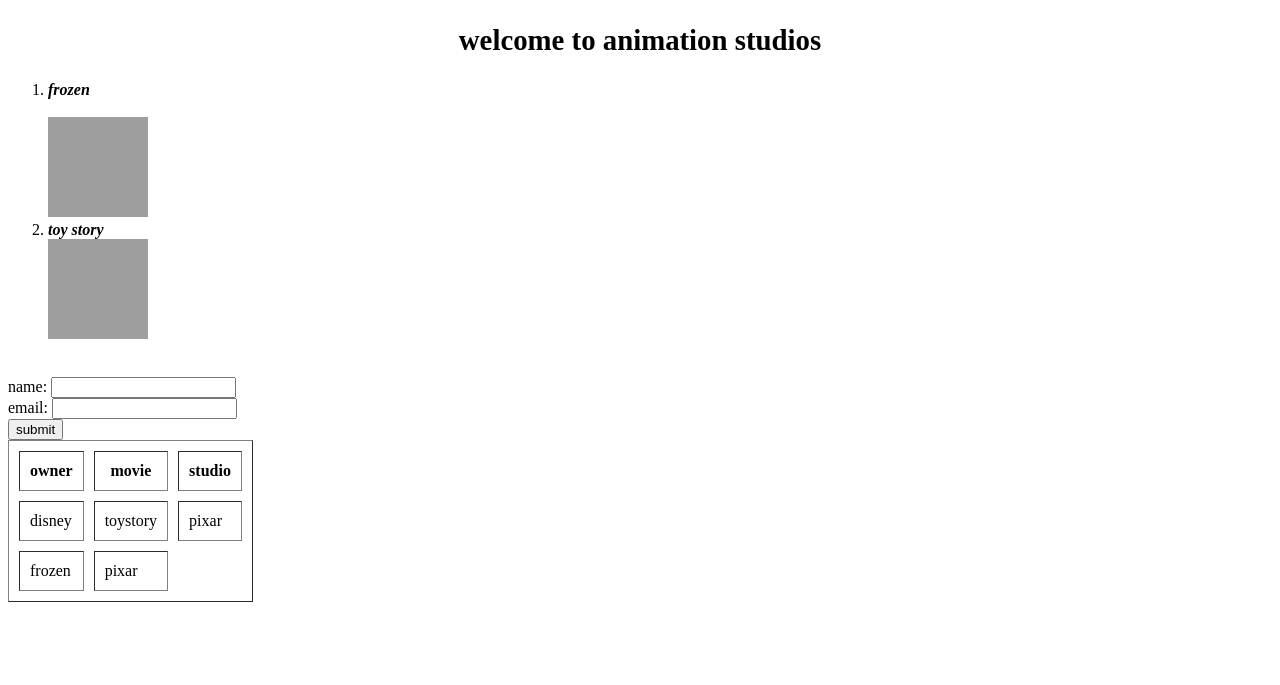
Repository: Rock-ass/New-folder--2-
Page: index.html
An editor plug-in stored every save of this project. The page is shown before and after the next save, followed by the edit.
The browser window is 1280 px wide. The pictures show the whole page.
Pictures or frames that could not be fetched are drawn as grey boxes.

Above is the page before, as saved 2021-12-24 21:49:25.

After the next save:
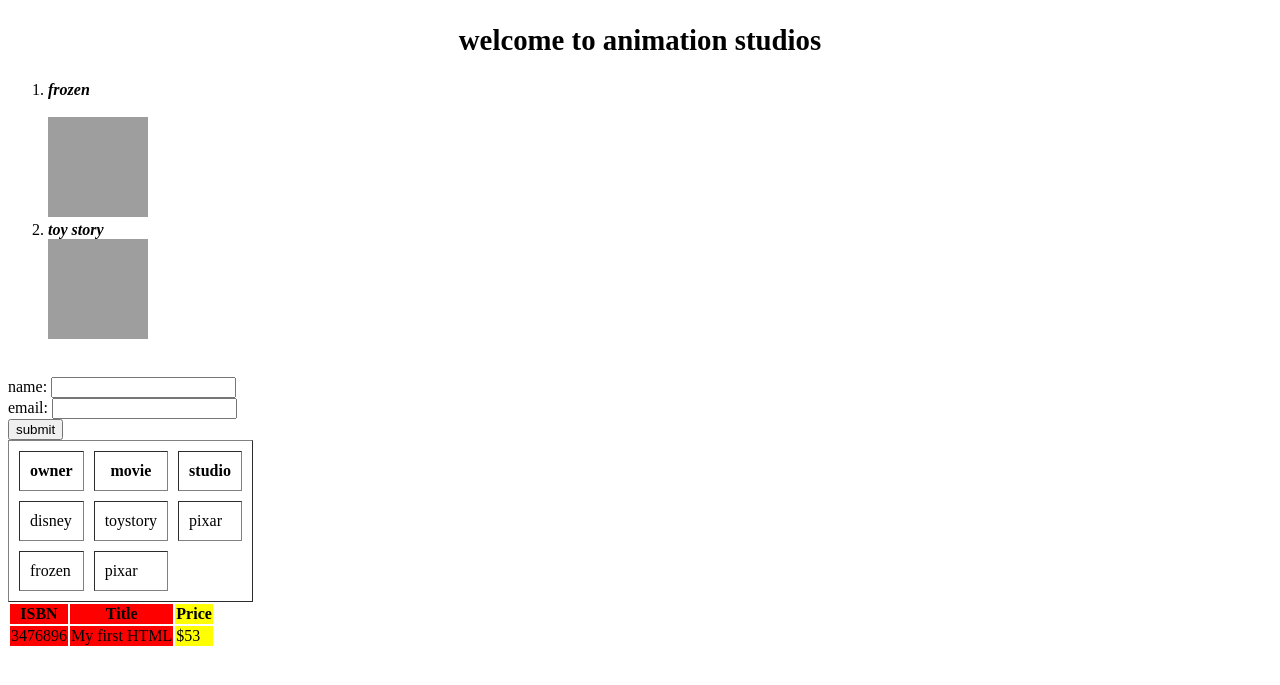
Saved 95 s later.
--- a/index.html
+++ b/index.html
@@ -104,7 +104,22 @@
 
 
 </table>
-
+<table>
+    <colgroup>
+      <col span="2" style="background-color:red">
+      <col style="background-color:yellow">
+    </colgroup>
+    <tr>
+      <th>ISBN</th>
+      <th>Title</th>
+      <th>Price</th>
+    </tr>
+    <tr>
+      <td>3476896</td>
+      <td>My first HTML</td>
+      <td>$53</td>
+    </tr>
+  </table>
 
 
 
